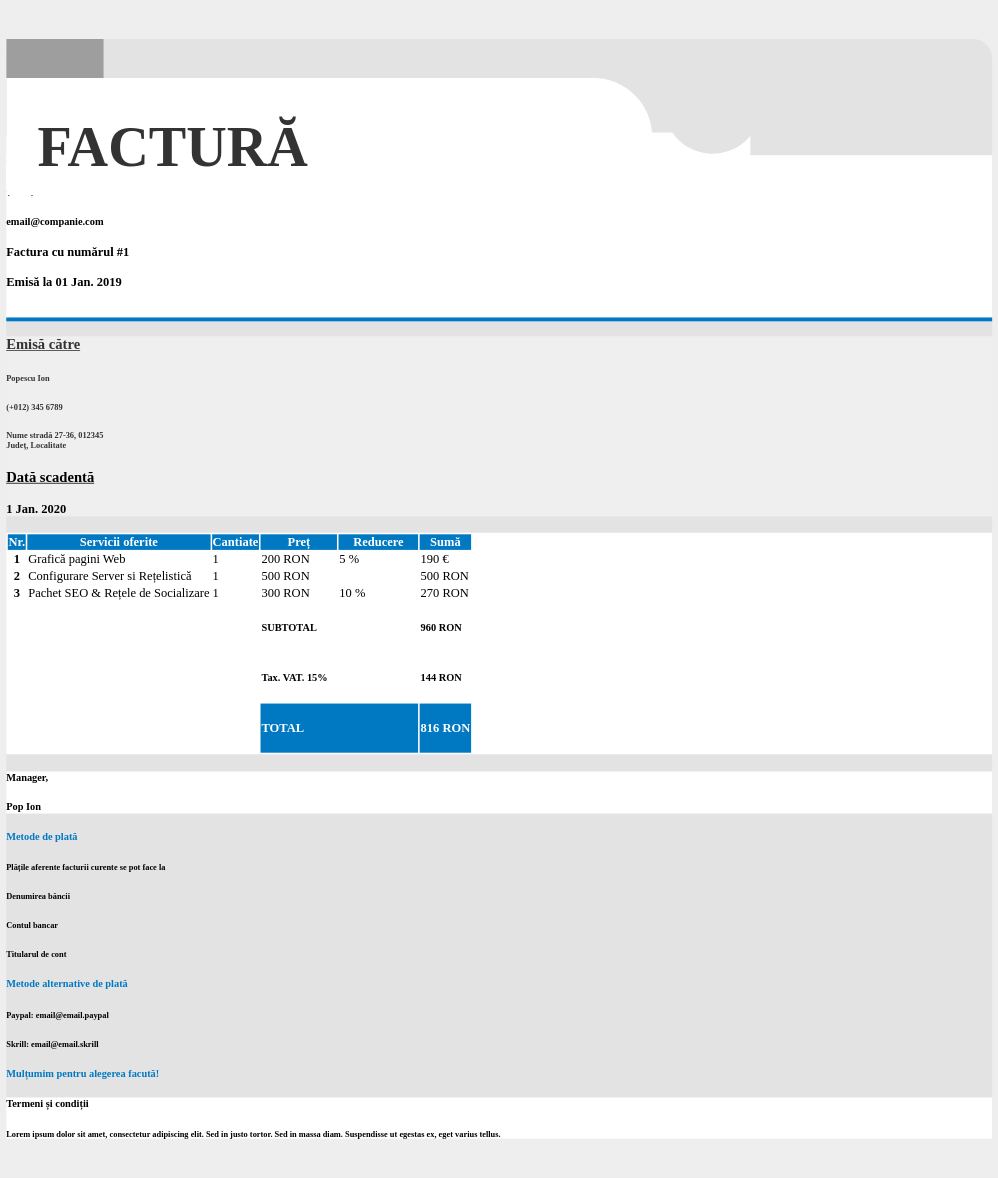
Repository: MrVanQish/FacturaEstructura
Page: index.html
These files come from the project's save history. The page is drawn as it stood at one moment and after the next save; the edit follows.
The browser window is 1280 px wide. The pictures show the whole page, at 78% of full size.
Pictures or frames that could not be fetched are drawn as grey boxes.

Above is the page before, as saved 2021-09-29 10:43:33.

### index.html
<!DOCTYPE html>
<html lang="en">
<head>
    <meta charset="UTF-8">
    <meta http-equiv="X-UA-Compatible" content="IE=edge">
    <meta name="viewport" content="width=device-width, initial-scale=1.0">
    <title>Document</title>
    <link rel="stylesheet" href="styles.css">
</head>
<body>

    <div class="container">

        <div class="row header">
          <div class="arrow-right"></div>
          <h1 class="title">FACTURĂ</h1>
          <div class="col-12 text-right pr-5 pt-4">
            <img class="logo" height="125px" width="125px" src="https://roundpeg.biz/wp-content/uploads/2013/12/Chase.png" />
          </div>
          <div class="rectangle"></div>
          <div class="shape"></div>
        </div>
        <div class="row invoice-content">
          <div class="col-4 pl-5">
            <h5><i class="fa fa-building-o pr-1" aria-hidden="true"></i> Companie S.R.L</h5>
            <h5><i class="fa fa-phone pr-1" aria-hidden="true"></i> (+012) 345 6789</h5>
            <h5><i class="fa fa-envelope-o pr-1" aria-hidden="true"></i> email@companie.com</h5>
          </div>

          <div class="col-4 offset-4 text-right pr-5 pt-3">
            <h4>Factura cu numărul <strong>#1</strong></h4>
            <h4>Emisă la<strong> 01 Jan. 2019</strong></h4>
          </div>
        </div>

        <div class="row invoiced-details">
          <div class="col-8 invoiced-to p-5">
            <h3><u>Emisă către</u></h3>
            <h6><strong>Popescu Ion</strong></h6>
            <h6>(+012) 345 6789</h6>
            <h6>Nume stradă 27-36, 012345<br /> Județ, Localitate</h6>
          </div>

          <div class="col-4 p-5 text-right">
            <h3><u>Dată scadentă
              </u></h3>
            <h4><strong>1 Jan. 2020</strong></h4>
          </div>
        </div>

        <div class="row background">
          <table class="table">
            <thead class="thead-blue">
              <tr>
                <th scope="col">Nr.</th>
                <th scope="col">Servicii oferite</th>
                <th scope="col">Cantiate</th>
                <th scope="col">Preț</th>
                <th scope="col">Reducere</th>
                <th scope="col">Sumă</th>
              </tr>
            </thead>
            <tbody>
              <tr>
                <th scope="row">1</th>
                <td>Grafică pagini Web</td>
                <td>1</td>
                <td>200 <span class="curency">RON</span></td>
                <td>5 %</td>
                <td>190 <span class="curency">&euro;</span></td>
              </tr>
              <tr>
                <th scope="row">2</th>
                <td>Configurare Server  si Rețelistică</td>
                <td>1</td>
                <td>500 <span class="curency">RON</span></td>
                <td></td>
                <td>500 <span class="curency">RON</span></td>
              </tr>
              <tr class="last-row">
                <th scope="row">3</th>
                <td>Pachet SEO & Rețele de Socializare</td>
                <td>1</td>
                <td>300 <span class="curency">RON</span></td>
                <td>10 %</td>
                <td>270 <span class="curency">RON</span></td>
              </tr>
              <tr>
                <td colspan="3" class="empty"></td>
                <td colspan="2"><h5><strong>SUBTOTAL</strong></h5></td>
                <td><h5><strong>960 <span class="curency">RON</span></strong></h5></td>
              </tr>
              <tr>
                <td colspan="3" class="empty"></td>
                <td colspan="2"><h5><strong>Tax. VAT. 15%</strong></h5></td>
                <td><h5><strong>144 <span class="curency">RON</span></strong></h5></td>
              </tr>
              <tr class="total">
                <td colspan="3" class="empty"></td>
                <td colspan="2" class="total"><h4><strong>TOTAL</strong></h4></td>
                <td class="total-value"><h4><strong>816 <span class="curency">RON</span></strong></h4></td>
              </tr>
            </tbody>
          </table>
        </div>

        <div class="row p-5 background">
          <div class="col-4">
            <h5><strong>Manager,</strong></h5>
            <h5>Pop Ion</h5>
          </div>
        </div>

        <div class="row pl-5 pt-4 text-light">
          <div class="col-4">
            <h5 class="color">Metode de plată</h5>
            <h6>Plățile aferente facturii curente se pot face la</h6>
            <h6>Denumirea băncii</h6>
            <h6>Contul bancar</h6>
            <h6>Titularul de cont</h6>
          </div>
          <div class="col-4">
            <h5 class="color">Metode alternative de plată</h5>
            <h6>Paypal: email@email.paypal</h6>
            <h6>Skrill: email@email.skrill</h6>
          </div>
          <div class="col-4">
            <h5 class="color">Mulțumim pentru alegerea facută!</h5>
          </div>
        </div>

        <div class="row p-3 pl-5 mt-4 background">
          <div class="col-12">
            <h5>Termeni și condiții</h5>
            <h6>Lorem ipsum dolor sit amet, consectetur adipiscing elit. Sed in justo tortor. Sed in massa diam. Suspendisse ut egestas ex, eget varius tellus.</h6>
          </div>
        </div>
      </div>

   <!--  <div class="wrapper">

        <div class="factura1">
                <div class="infoEmpresa-f">
                    Empresa: Villa Jacob
                    <br>
                    NIT: 8000000
                    <br>
                    Direccion: jajjdajdj
                </div>
                <div class="infoCliente-f">
                    Cliente: Jacobo
                    <br>
                    CC: 1116283283
                    <br>
                    Direccion: jajjdajdj
                </div>


                    <div class="items-f row my-5">
                        <table class="factura">
                          <thead>
                            <tr>
                              <th>Cant.</th>
                              <th>Descripcion</th>
                              <th>Precio Unitario</th>
                              <th>Importe</th>
                            </tr>
                          </thead>
                          <tbody>
                            <tr>
                              <td>1</td>
                              <td>Clases de Cha-Cha-Cha</td>
                              <td>3,000.00</td>
                              <td>3,000.00</td>
                            </tr>
                            <tr>
                              <td>3</td>
                              <td>Clases de Salsa</td>
                              <td>4,000.00</td>
                              <td>12,000.00</td>
                            </tr>
                            <tr>
                              <td>3</td>
                              <td>Clases de Salsa</td>
                              <td>4,000.00</td>
                              <td>12,000.00</td>
                            </tr>
                            <tr>
                              <td>3</td>
                              <td>Clases de Salsa</td>
                              <td>4,000.00</td>
                              <td>12,000.00</td>
                            </tr>
                            <tr>
                                <td>3</td>
                                <td>Clases de Salsa</td>
                                <td>4,000.00</td>
                                <td>12,000.00</td>
                              </tr>
                          </tbody>
                          <tfoot>
                            <tr>
                              <th></th>
                              <th></th>
                              <th>Total Factura</th>
                              <th>RD$15,000.00</th>
                            </tr>
                          </tfoot>
                        </table>
                        <div class="cond row"></div>
                      </div>

        </div>

    </div> -->



</body>
</html>

### styles.css
@page {
    bleed: 1cm;
    size: A4 portrait;
        size:  auto;   /* auto is the initial value */
        margin-left: 0mm;  /* this affects the margin in the printer settings */
        margin-bottom: 0mm;
        margin-top: 0mm;
  }

  @media print {
    .page {
      margin: 0;
      border: initial;
      border-radius: initial;
      width: initial;
      min-height: initial;
      box-shadow: initial;
      background: initial;
      page-break-after: always;
    }
  }

  body{
    background-color: #eee;
    -webkit-print-color-adjust: exact !important;
  }

  img.logo{
    margin-right: 50px;
  }

  .container{
    background-color: #e3e3e3;
    margin-top: 50px;
    margin-bottom: 50px;
    border-top-right-radius: 25px;
    border-top-left-radius: 25px;
  /*   box-shadow: 0 10px 10px #999; */
  }

  div.header{
    position: relative;
  }

  .arrow-right {
    width: 0;
    height: 0;
    border-top: 60px solid transparent;
    border-bottom: 60px solid transparent;
    border-left: 60px solid white;
    z-index: 3;
    position: absolute;
    left: 735px;
    top: 75px;
  }

  h1.title{
    display: inline-block;
    z-index: 1;
    color: #333;
    font-size: 72px;
    position: absolute;
    top: 50px;
    left: 40px;
  }

  div.header::after{
    background-color: white;
    height: 50px;
    width: 120px;
  }

  div.shape{
    width: 60%;
    height: 150px;
    background-color: white;
    position: absolute;
    top: 50px;
  }

  div.shape::after{
    content: "";
    visibility: visible;
    width: 150px;
    height: 150px;
    background-color: white;
    position: absolute;
    right: -70px;
    border-radius: 100%;
  }

  div.shape::before{
    content: "";
    visibility: visible;
    width: 125px;
    height: 125px;
    background-color: #e3e3e3;
    position: absolute;
    right: -210px;
    top: -28px;
    border-radius: 100%;
    z-index: 0;
  }

  div.rectangle{
    position: absolute;
    height: 100px;
    width: 150px;
    right: 310px;
    top: 120px;
    background-color: white;
    z-index: 0;
  }

  div.invoice-content{
    background-color: white;
    margin-top: -2px;
    z-index: 3;
    border-bottom: 5px solid #0079C2;
    padding-bottom: 15px;
  }

  div.invoiced-to {
    color: #333;
  }

  div.invoiced-details{
    background-color: #efefef;
  }

  table > thead.thead-blue{
    background-color: #0079C2;
    color: white;
  }

  div.background{
    background-color: white;
  }

  tr.last-row{
    border-bottom: 3px solid #333;
  }

  td.total{
    width: 200px;
  }

  td.total-value{
    width: 100px;
  }

  td.total, td.total-value{
    background-color: #0079C2;
    color: white;
  }

  td.empty{
    visibility: hidden;
  }

  .color{
    color: #0079C2;
  }

  td.total-value{
    width: auto;
  }

/* .factura {
  table-layout: fixed;
}

.factura > thead {
  border-top: solid 3px #000;
  border-bottom: 3px solid #000;
}

.factura > thead > tr > th:nth-child(2), .factura > tbod > tr > td:nth-child(2) {
  width: 300px;
}

.factura > thead > tr > th:nth-child(n+3) {
  text-align: right;
}

.factura > tbody > tr > td:nth-child(n+3) {
  text-align: right;
}

.factura > tfoot > tr > th, .factura > tfoot > tr > th:nth-child(n+3) {
  font-size: 24px;
  text-align: right;
}


.wrapper {
    height: 97vh;
    border: 1px solid #000;
    display: grid;
    grid-template-columns: 1fr 1fr;
    grid-template-rows: 500px;
    grid-template-areas:
      "f1 f2";
  }

  .factura1 {

    display: grid;
    grid-area: f1;
    align-self: center;
    justify-self: center;
    border: 1px solid #000;
    grid-template-columns: 1fr 1fr;
    grid-template-rows: auto;
    grid-template-areas:
      "infoEmpresa-f x"
      "infoCliente-f  items-f"
  }


.infoEmpresa-f{

    grid-area: infoEmpresa-f;
    border: 1px solid #000;
    align-self: center;
    justify-self: center;

}

.infoCliente-f{
    grid-area: infoCliente-f;
    border: 1px solid #000;
    align-self: center;
    justify-self: center;
}

.items-f{
    grid-area: items-f;
    border: 1px solid #000;
    align-self: center;
    justify-self: center;
} */

After the next save:
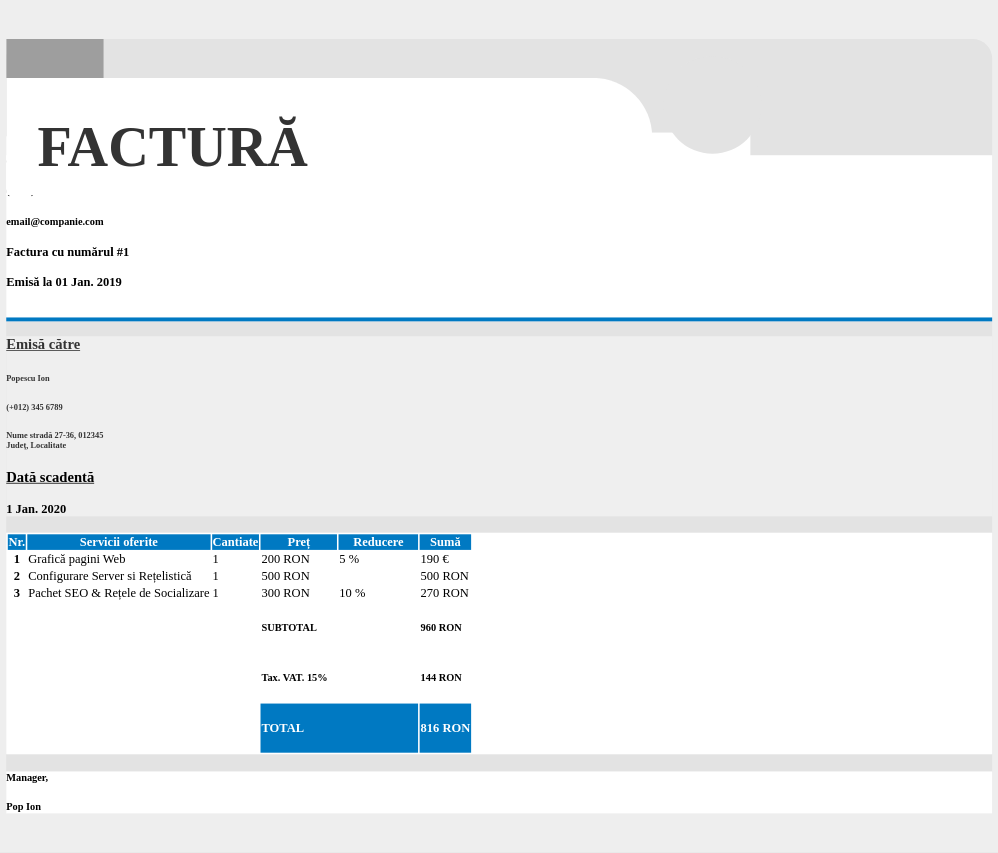
Saved 13 s later.
--- a/index.html
+++ b/index.html
@@ -111,30 +111,6 @@
           </div>
         </div>
 
-        <div class="row pl-5 pt-4 text-light">
-          <div class="col-4">
-            <h5 class="color">Metode de plată</h5>
-            <h6>Plățile aferente facturii curente se pot face la</h6>
-            <h6>Denumirea băncii</h6>
-            <h6>Contul bancar</h6>
-            <h6>Titularul de cont</h6>
-          </div>
-          <div class="col-4">
-            <h5 class="color">Metode alternative de plată</h5>
-            <h6>Paypal: email@email.paypal</h6>
-            <h6>Skrill: email@email.skrill</h6>
-          </div>
-          <div class="col-4">
-            <h5 class="color">Mulțumim pentru alegerea facută!</h5>
-          </div>
-        </div>
-
-        <div class="row p-3 pl-5 mt-4 background">
-          <div class="col-12">
-            <h5>Termeni și condiții</h5>
-            <h6>Lorem ipsum dolor sit amet, consectetur adipiscing elit. Sed in justo tortor. Sed in massa diam. Suspendisse ut egestas ex, eget varius tellus.</h6>
-          </div>
-        </div>
       </div>
 
    <!--  <div class="wrapper">
